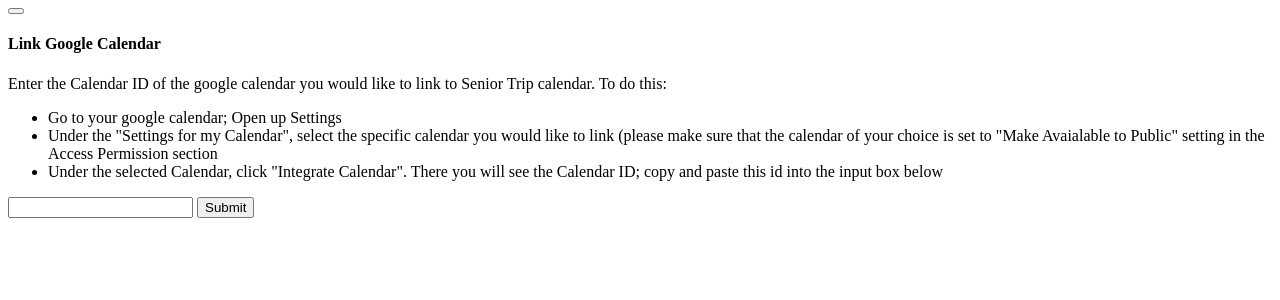
Repository: DavidGracias/florida_trip
Page: http://localhost/includes/modals/LinkCalModal.php
The author's editor kept a record of every edit. The page is drawn from the files as they stood at one moment, then again after the next edit.
The browser window is 1280 px wide. The pictures show the whole page.
The page is run by PHP 8.4 with error messages shown; the project is at /var/www/html/.

Above is the page before.

### includes/modals/LinkCalModal.php
<div class="modal fade" id="CalModal" tabindex="-1" role="dialog" aria-labelledby="CalModal" aria-hidden="true">
    <div class="modal-dialog modal-lg" role="document">
        <div class="modal-content">
            <div class="modal-header">
                <button type="button" class="btn btn-danger pull-right" data-dismiss="modal">
                    <span class="fas fa-times"></span>
                </button>
                <h4 class="modal-title">
                    Link Google Calendar
                </h4>
            </div>
            <div class="modal-body">
                Enter the Calendar ID of the google calendar you would like to link to Senior Trip calendar.
                To do this:
                <ul>
                    <li>Go to your google calendar; Open up Settings</li>
                    <li>Under the "Settings for my Calendar", select the specific calendar you would like to link (please make sure that the calendar of your choice is set to
                    "Make Avaialable to Public" setting in the Access Permission section</li>
                    <li>Under the selected Calendar, click "Integrate Calendar". There you will see the Calendar ID; copy and paste this id into the input box below</li>
                </ul>

                <form action='scripts/CalDates.php' method='POST'>
                    <input type='text' name='CalForm' id='CalForm' class='form-control'/>
                    <button type='submit' value='submit' class='btn btn-blue pull-right margin-3'>Submit</button>
                </form>
                <div class="clear"></div>
            </div>
        </div>
    </div>
</div>

After the next edit:
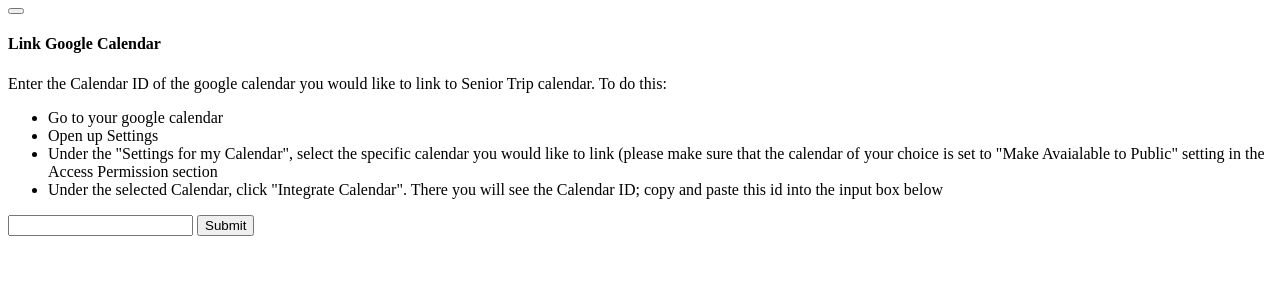
The edit:
--- a/includes/modals/LinkCalModal.php
+++ b/includes/modals/LinkCalModal.php
@@ -13,9 +13,16 @@
                 Enter the Calendar ID of the google calendar you would like to link to Senior Trip calendar.
                 To do this:
                 <ul>
-                    <li>Go to your google calendar; Open up Settings</li>
-                    <li>Under the "Settings for my Calendar", select the specific calendar you would like to link (please make sure that the calendar of your choice is set to
-                    "Make Avaialable to Public" setting in the Access Permission section</li>
+                    <li>
+                        Go to your google calendar
+                    </li>
+                    <li>
+                        Open up Settings
+                    </li>
+                    <li>
+                        Under the "Settings for my Calendar", select the specific calendar you would like to link (please make sure that the calendar of your choice is set to
+                        "Make Avaialable to Public" setting in the Access Permission section
+                    </li>
                     <li>Under the selected Calendar, click "Integrate Calendar". There you will see the Calendar ID; copy and paste this id into the input box below</li>
                 </ul>
 
